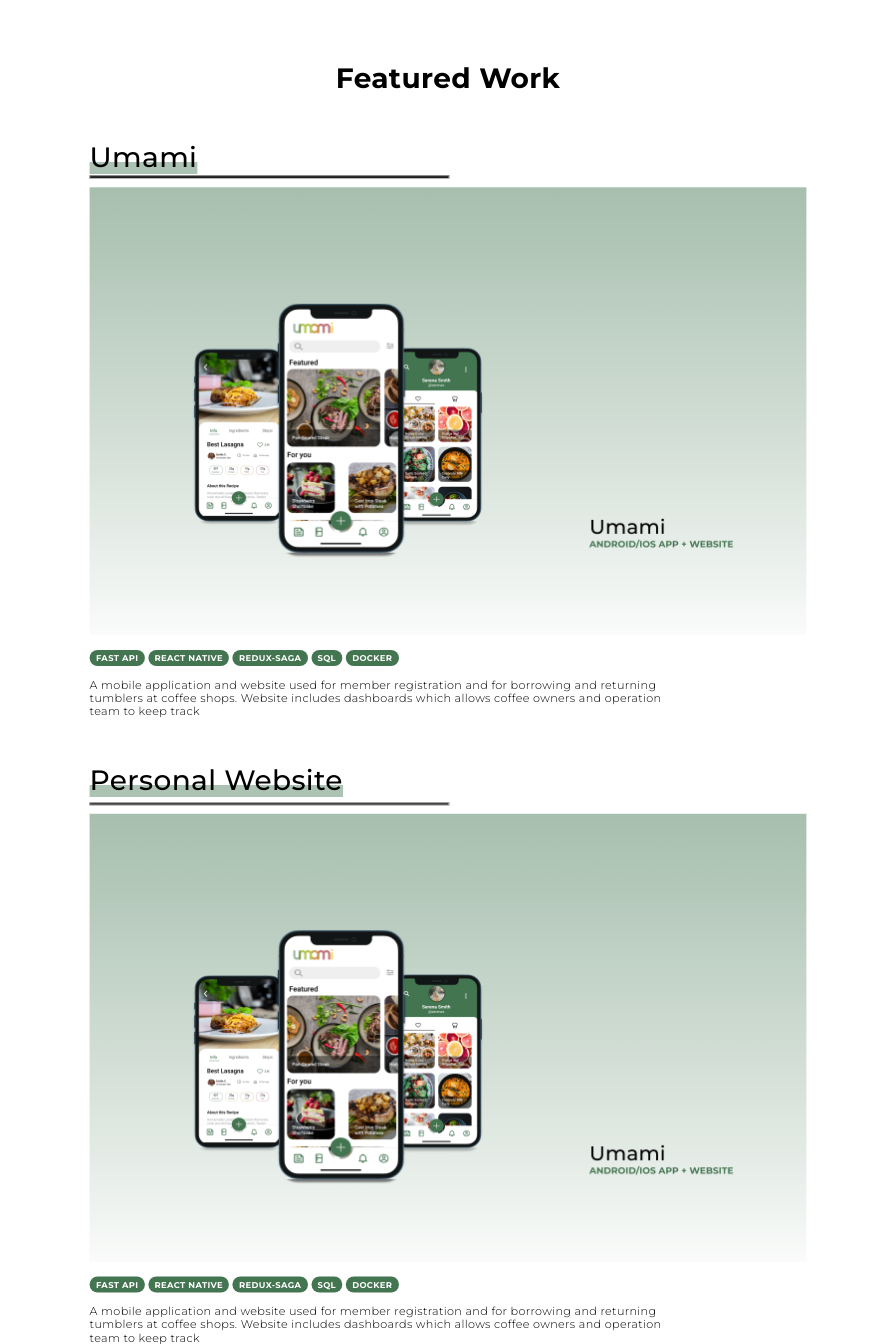
Repository: TangMartin/martintang
Page: index.html
An editor plug-in stored every save of this project. The page is shown before and after the next save, followed by the edit.
The browser window is 1280 px wide. The pictures show the part of the page from y = 922 to 2842 px (the page is 2858 px tall before and 2899 px after), at 70% of full size.

Above is the page before, as saved 2021-11-24 21:39:44.

### index.html
<!DOCTYPE html>

<html>
    <head>
        <link href="./styles/style.css" rel="stylesheet">
        <link rel="preconnect" href="https://fonts.googleapis.com">
        <link rel="preconnect" href="https://fonts.gstatic.com" crossorigin>
        <link href="https://fonts.googleapis.com/css2?family=Montserrat:wght@300;500;700&display=swap" rel="stylesheet">
        <title> Martin Tang</title>
    </head>

    <body>
        <!-- Nav Bar-->
        <!-- Main Page-->
        <div class="flex-main">
            <!-- Left Box-->
            <div class="flex-left">
                <h1>Hello! <span class="wave">👋🏻</span> </h1>
                <h1>I'm Martin Tang</h1>
                <hr style="height:5px; width:15%; margin-left:0; background-color:#222020; display: inline-block">
                <h3>I'm a <strong>developer</strong> who believes in leveraging technology to build a more inclusive, ethical and innovative future. </h3>
                <h3>I strive to create genuine relationships and values for both businesses, organizations, and users.</h3>
            </div>
            <!-- Right Box-->
            <div class="flex-right">
                <div class="image-stack">
                    <a style="grid-column: 8; grid-row: 10; cursor: pointer; --turn-radius: 12deg; cursor: pointer;" href="./Martin_Tang_Resume.pdf" target="_blank" download>
                        <img src="./assets/polaroids/Resume.png"/>
                    </a>
                    <img style="grid-column: 3; grid-row: 1; --turn-radius: -12deg;" src="./assets/polaroids/Apsc100.png" />
                    <img style="grid-column: 1; grid-row: 7; --turn-radius: -12deg;" src="./assets/polaroids/Sunset.png" />
                    <img style="grid-column: 7; grid-row: 5; --turn-radius: 15deg;" src="./assets/polaroids/Hongkongpng.png" />
                    <a style="grid-column: 3; grid-row: 12; --turn-radius: -12deg; cursor: pointer;" href="./pages/aboutme.html">
                        <img src="./assets/polaroids/Aboutme.png" />
                    </a>
                    <img style="grid-column: 4; grid-row: 5; --turn-radius: -4deg;"src="./assets/polaroids/Jetski.png" />
                    <a style="grid-column: 5; grid-row: 9; --turn-radius: 10deg; cursor: pointer;" href="#featuredwork">
                        <img src="./assets/polaroids/Projects.png"/>
                    </a>
                </div>
            </div>
        </div>
        <div class="featured_work" id="featuredwork">
            <!-- Featured Work -->
            <h1 style="text-align: center; padding-top: 5rem;"> Featured Work </h1>
            <ul class="work_list">

                <!-- Umami -->
                <li class="work_item">
                    <h1><span class="highlight" style="--highlighter-color: #ACC2B2;">Umami</span></h1>
                    <hr style="height:2.5px; width:50%; margin-left:0; background-color:#222020; display: inline-block; margin-top: -10px;">
                    <img class="work_image" src="./assets/images/Umami.png" />
                    <div class="technologies">
                        <p>FAST API</p>
                        <p>REACT NATIVE</p>
                        <p>REDUX-SAGA</p>
                        <p>SQL</p>
                        <p>DOCKER</p>
                    </div>
                    <p class="work_description">
                        A mobile application and website used for member registration and for borrowing and returning tumblers at coffee shops.  Website includes dashboards which allows coffee owners and operation team to keep track
                    </p>
                </li>

                <!-- Personal Website -->
                <li class="work_item">
                    <h1><span class="highlight" style="--highlighter-color: #ACC2B2">Personal Website</span></h1>
                    <hr style="height:2.5px; width:50%; margin-left:0; background-color:#222020; display: inline-block">
                    <img class="work_image" src="./assets/images/Umami.png" />
                    <div class="technologies">
                        <p>FAST API</p>
                        <p>REACT NATIVE</p>
                        <p>REDUX-SAGA</p>
                        <p>SQL</p>
                        <p>DOCKER</p>
                    </div>
                    <p class="work_description">
                        A mobile application and website used for member registration and for borrowing and returning tumblers at coffee shops.  Website includes dashboards which allows coffee owners and operation team to keep track
                    </p>
                </li>

            </ul>
        </div>
    </body>
</html>

### styles/style.css
:root {
    --highlighter-color: #EEDF5B;
    --umami-color: #447551;
    --turn-radius: 6deg;
}

html{
    scroll-behavior: smooth;
}
body {
    max-width: 70rem;
    margin-right: auto;
    margin-left: auto;
    width: 80vw;
    padding-top: 2rem;
}

body,
h1,
h2,
h3,
h4,
h5 {
  font-family: 'Montserrat', sans-serif;
  letter-spacing: 0.5px;
}

h3 {
    margin-top: 10px;
    color: #222020;
    font-size: 20px;
    font-weight: 300;
}

/* MAIN PAGE */
.flex-main {
    display: flex;
    flex-direction: row;
}
.flex-main h1 {
    display: flex;
    flex-direction: row;
    font-size: 50px;
    margin: 5px 0px 10px 0px;
}

.flex-left {
    width: 40%;
    padding-top: 23%;
    padding-bottom: 2%;
}
.flex-right {
    width: 60%;
}
.image-stack{
    display: grid;
    grid-template-columns: repeat(12, 55px);
    grid-template-rows: repeat(19, 48px);
    padding-left: 10%;

}
.image-stack img {
    transition: all 0.3s ease-in-out 0s;
}
.image-stack img:hover {
    transform: rotate(var(--turn-radius));
    transition: all 0.3s ease-in-out 0s;
}

.wave {
    animation-name: wave-animation;  /* Refers to the name of your @keyframes element below */
    animation-duration: 2.5s;        /* Change to speed up or slow down */
    animation-iteration-count: infinite;  /* Never stop waving :) */
    transform-origin: 70% 70%;       /* Pivot around the bottom-left palm */
    display: inline-block;
  }

  @keyframes wave-animation {
      0% { transform: rotate( 0.0deg) }
     10% { transform: rotate(14.0deg) }  /* The following five values can be played with to make the waving more or less extreme */
     20% { transform: rotate(-8.0deg) }
     30% { transform: rotate(14.0deg) }
     40% { transform: rotate(-4.0deg) }
     50% { transform: rotate(10.0deg) }
     60% { transform: rotate( 0.0deg) }  /* Reset for the last half to pause */
    100% { transform: rotate( 0.0deg) }
  }

/* FEATUERED WORK */
.featured_work {
    margin-top: -5%;
}
.featured_work h1 {
    font-size: 40px;
}
.work_list {
    list-style: none;
    padding-left: 0;
}
.work_item {
    margin-top: 4rem;
}
.work_item h1{
    margin-bottom: 0px;
}
.work_image {
    max-width: 100%;
}
.work_description {
    margin-top: 5px;
    font-weight: 300;
    width: 80%;
}
.highlight {
    background: linear-gradient(180deg, #FFFFFF 65%, var(--highlighter-color) 65%);
    font-weight: 400;
}
.technologies {
    margin-top: 5px;
    display: flex;
    flex-direction:row;

}
.technologies p {
    font-size: 12px;
    margin-right: 5px;
    color: #FFFFFF;
    font-weight: 600;
    border-radius:20px;
    padding: 4px 9px 4px 9px;
    background: var(--umami-color);
}

After the next save:
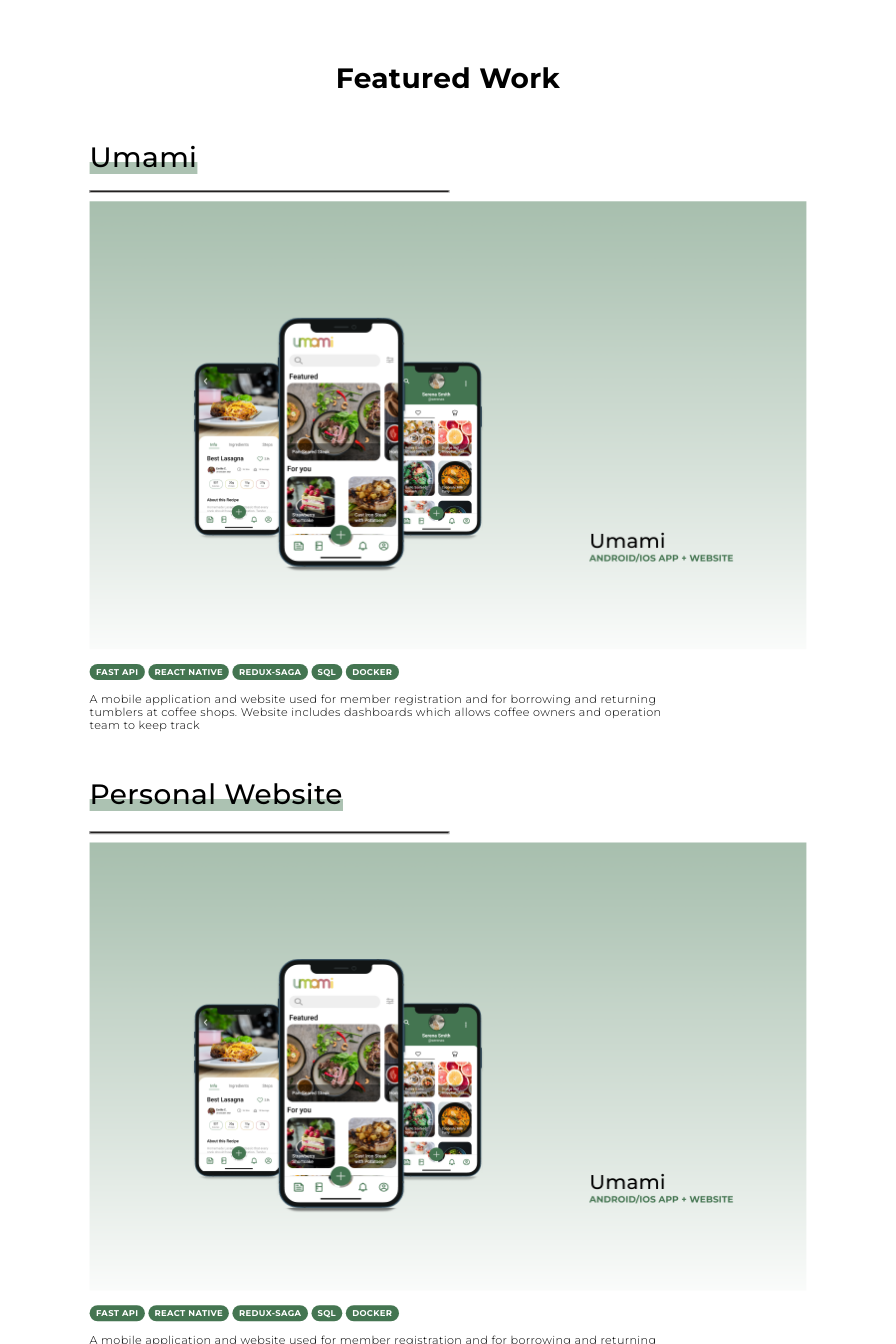
Saved 7 s later.
--- a/styles/style.css
+++ b/styles/style.css
@@ -101,7 +101,7 @@ h3 {
     margin-top: 4rem;
 }
 .work_item h1{
-    margin-bottom: 0px;
+    margin-bottom: 2%;
 }
 .work_image {
     max-width: 100%;
